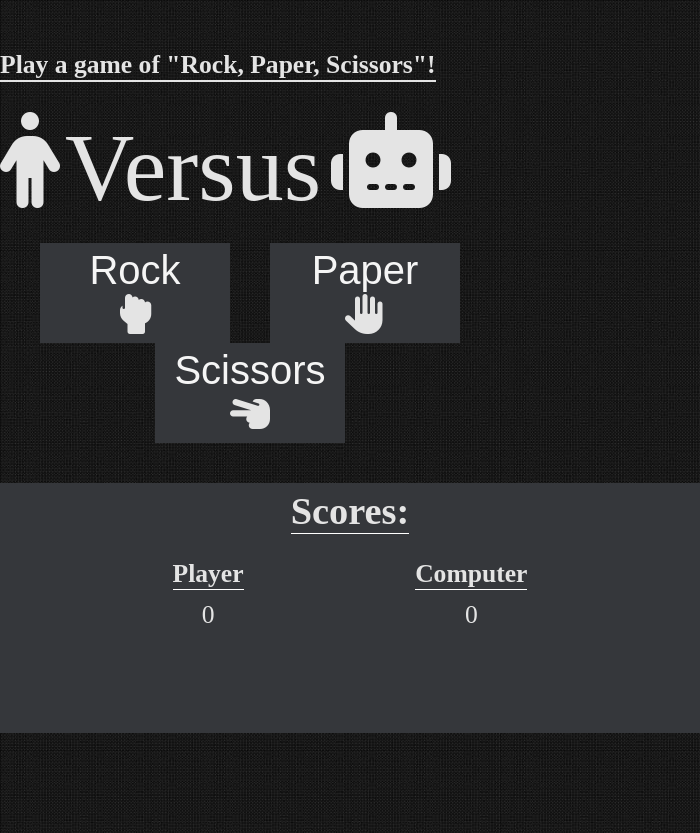
Repository: Pafestivo/rock-paper-scissors
Page: index.html
The author's editor kept a copy of each file at every save. The page is drawn from the files as they stood at one save, then again after the next save.
The browser window is 375 px wide. The page is 700 px wide, so the pictures cover 700 px, including what lies to the right of the window. The pictures show the whole page.
Some web libraries are served in a nearby version.

Above is the page before, as saved 2022-10-15 14:24:56.

After the next save:
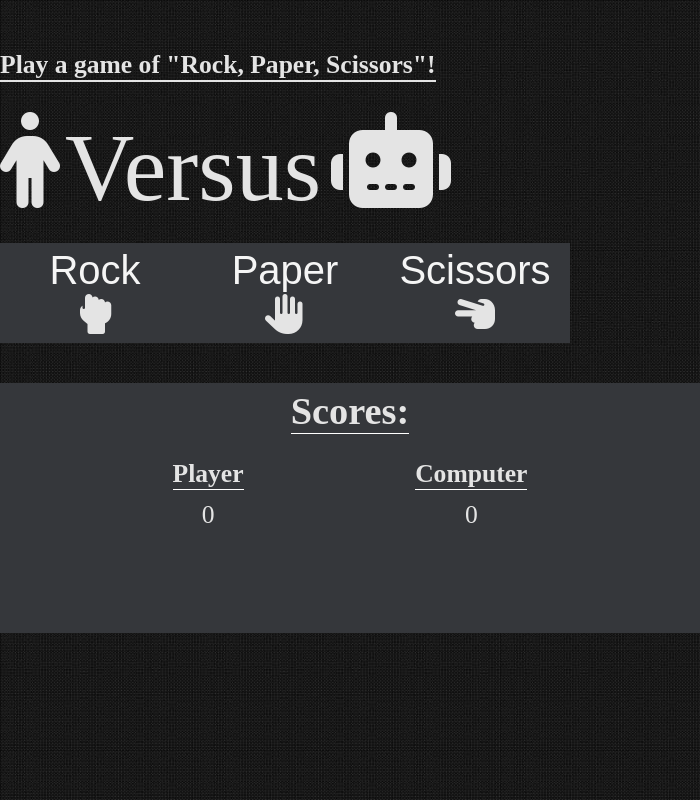
Saved 6 s later.
--- a/styles.css
+++ b/styles.css
@@ -164,7 +164,7 @@
   .buttons {
     display: flex;
     flex-wrap: wrap;
-    width: 500px;
+    width: max-content;
     margin: 0 auto;
     justify-content: space-evenly;
   }

After the 6 saves that followed:
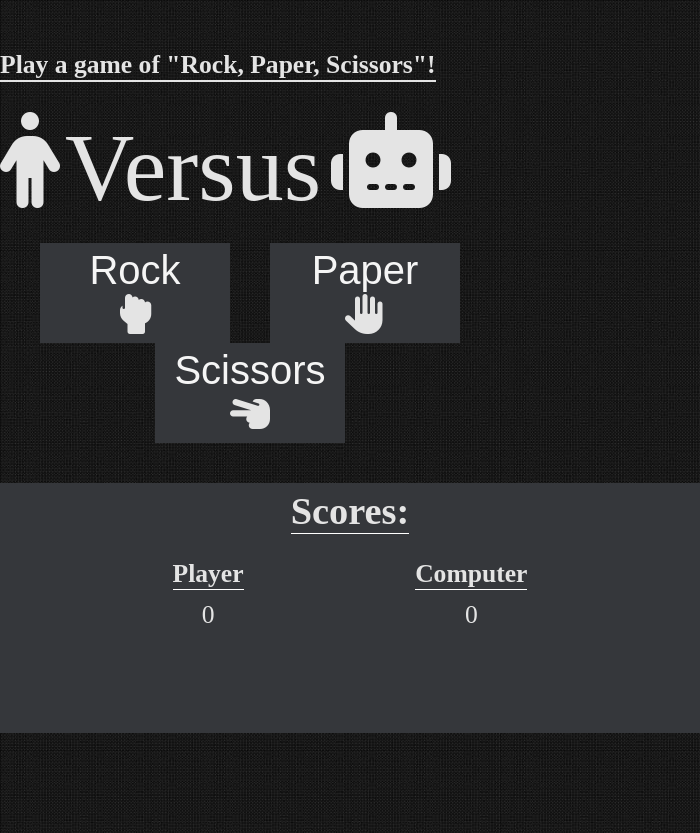
The 6 saves are shown as one change because they came seconds apart.
The last was saved 20 s later.
--- a/styles.css
+++ b/styles.css
@@ -164,7 +164,7 @@
   .buttons {
     display: flex;
     flex-wrap: wrap;
-    width: max-content;
+    width: 500px;
     margin: 0 auto;
     justify-content: space-evenly;
   }
